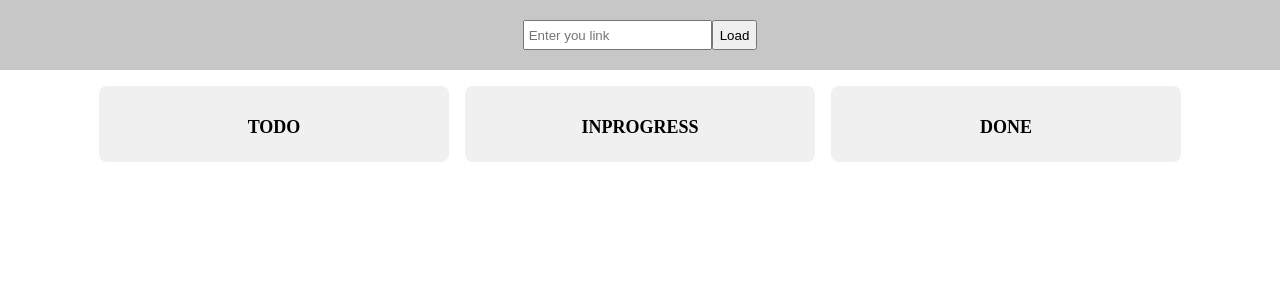
Repository: dVaselevsliy/kanban-test
Page: /
The author's editor kept a copy of each file at every save. The page is drawn from the files as they stood at one save, then again after the next save.
The browser window is 1280 px wide. The pictures show the whole page.
The project was rebuilt for these pictures with package versions that can differ from the ones it lists, and the page was loaded fresh each time. Also part of the build but not shown: vite.config.ts, src/helpers/timeAgo.js, src/components/Issue.tsx.

Above is the page before, as saved 2025-03-03 13:52:30.

### src/main.tsx
import { StrictMode } from 'react'
import { createRoot } from 'react-dom/client'
import App from './App.tsx'
import './styles/styles.scss'
import { Provider } from 'react-redux'
import { store } from './redux/store.ts'

createRoot(document.getElementById('root')!).render(
  <StrictMode>
    <Provider store={store}>
      <App />
    </Provider>
  </StrictMode>,
)

### src/App.tsx
import React, { useEffect, useState } from "react"
import KanbanBoard from "./components/KanbanBoard"
import { useAppDispatch, useAppSelector } from "./redux/hooks"
import { setIssues, setLink, setQuery} from "./array/dataArray"
import { getGitHubLink } from "./api"


function App() {
  const [error, setError] = useState('')
  const [loading, setLoading] = useState(false)

  const dispatch = useAppDispatch()
  const { query, link, issues } = useAppSelector(state => state.data)

  const submit = (query: string) => {
    dispatch(setLink(query))
  }

  const handleSubmit = (event: React.FormEvent) => {
    event.preventDefault();

    if (query.length === 0) {
      return
    }

    submit(query)

    reset()
  }

  const reset = () => {
    dispatch(setQuery(''))
    setError('')
  }

  useEffect(() => {
    if (!link) return

    setLoading(true)
    setError('')
  /*  check local storage for repo link if it has tasks already
      if has - take tasks from local storage
      if no - make a request
    */
    getGitHubLink(link)
      .then(issues => {
        dispatch(setIssues(issues))
      })
      .catch(() => setError('Failed to loud issues'))
      .finally(() => setLoading(false))
  }, [dispatch, link])

  return (
    <>
      <div>
        <form onSubmit={handleSubmit} className="form">
          <label htmlFor="query"></label>
          <input
            value={query}
            onChange={(event) => {
              dispatch(setQuery(event.target.value))
            }}
            className="input"
            placeholder="Enter you link"
            id="query"
            type="text" />

          <button
            color="default"
            type="submit"
            className="button"
          >
            Load
          </button>
          {error && error}
        </form>
        <KanbanBoard issues={issues} repoUrl={link} />
      </div>
    </>
  )
}

export default App

### src/styles/styles.scss
* {
  box-sizing: border-box;
}

body {
  margin: 0;
  padding: 0;
}

.form {
  display: flex;
  justify-content: center;
  padding-block: 20px;
  background-color: #c7c7c7;
}

.input {
  height: 30px;
  width: 100%;
  max-width: fit-content;
  padding: 4px;
}

.button {
  height: 30px;
}

.colums > div {
  flex: 1;
  display: flex;
  flex-direction: column;
}

.colums {
  display: flex;
  justify-content: center;
  align-items: stretch;
  gap: 20px;
  width: 100%;

  &__name {
    text-align: center;
  }

  &__container {
    background-color: #d1d2d7;
    margin: 20px;
    border: 1px solid;
    flex-grow: 1;
    display: flex;
    flex-direction: column;
    align-items: center;
  }
}

.issue {
  border: 1px solid black;
  display: flex;
  flex-direction: column;
  width: 100%;
  margin: auto;
  padding: 15px;
  margin: 20px 0;
  border-radius: 16px;
  background-color: white;
  cursor: grab;

  &__title {
    text-align: left;
    font-size: 14px;
    font-weight: 400;
    margin: 0;
    margin-block: 5px;
    font-weight: bold;
  }

  &__description {
    text-align: left;
    font-size: 14px;
    font-weight: 400;
    margin: 0;
    margin-block: 5px;
  }

  &__second-section {
    display: flex;
    align-items: baseline;
    gap: 5px;
  }

  &__id {
    margin: 0;
    font-size: 14px;
  }

  &__third-section {
    display: flex;
    gap: 10px;
    width: 100%;
  }

  &__link {
    margin: 0;
  }
}

.kanban-container {
  display: flex;
  justify-content: center;
  gap: 16px;
  padding: 16px;
}

.kanban-column {
  max-width: 350px;
  width: 33.3%;
  padding: 16px;
  background-color: #f0f0f0;
  border-radius: 8px;
}

.kanban-title {
  font-size: 18px;
  font-weight: bold;
  margin-bottom: 8px;
  text-align: center;
}

.kanban-task {
  padding: 8px;
  background-color: white;
  border-radius: 4px;
  box-shadow: 0 2px 4px rgba(0, 0, 0, 0.1);
  margin-bottom: 8px;
  cursor: pointer;
}

.kanban-task:active {
  opacity: 0.7;
}

.kanban-new-task {
  width: 33.3%;
  padding: 16px;
}

.kanban-input {
  width: 100%;
  padding: 8px;
  border: 1px solid #ccc;
  border-radius: 4px;
}

.kanban-button {
  width: 100%;
  margin-top: 8px;
  padding: 8px;
  background-color: #007bff;
  color: white;
  border: none;
  border-radius: 4px;
  cursor: pointer;
}

.kanban-button:hover {
  background-color: #0056b3;
}

### src/redux/store.ts
import { configureStore } from "@reduxjs/toolkit";
import dataReducer from "../../src/array/dataArray";

export const store = configureStore({
  reducer: {
    data: dataReducer,
  },
});

export type AppDispatch = typeof store.dispatch;
export type RootState = ReturnType<typeof store.getState>;

### src/components/KanbanBoard.tsx
import { useEffect, useState } from "react";
import Task from "./Issue";
import { IssueType } from "../type/IssueType";

const initialTasks = {
  todo: [],
  inProgress: [],
  done: [],
};

interface Props {
  issues: IssueType[],
  repoUrl: string
}

export default function KanbanBoard({ issues, repoUrl }: Props) {
  const [tasks, setTasks] = useState(initialTasks);
  const [draggedTask, setDraggedTask] = useState(null);
  const [draggedOverTask, setDraggedOverTask] = useState(null);

  useEffect(() => {
    const storedTasks = localStorage.getItem(`kanban-${repoUrl}`)
    if (storedTasks) {
      setTasks(JSON.parse(storedTasks))
    } else {
      const newTasks = {
        todo: issues.filter(issue => issue.state === 'open' && !issue.assignee),
        inProgress: issues.filter(issue => issue.state === 'open' && issue.assignee),
        done: issues.filter(issue => issue.state === 'closed')
      }
      setTasks(newTasks)
    }
  }, [issues, repoUrl])

  useEffect(() => {
    localStorage.setItem(`kanban-${repoUrl}`, JSON.stringify(tasks))
  }, [tasks, repoUrl])

  const handleDragStart = (task: IssueType, column: string) => {
    setDraggedTask({ task, column });
  };

  const handleDragOver = (task: IssueType) => {
    setDraggedOverTask(task);
  };

  const handleDrop = (column: string) => {
    if (!draggedTask) return;

    const { task, column: fromColumn } = draggedTask;

    if (fromColumn === column) {
      const updatedColumn = [...tasks[column]];
      const fromIndex = updatedColumn.indexOf(task);
      const toIndex = updatedColumn.indexOf(draggedOverTask);

      updatedColumn.splice(fromIndex, 1);
      updatedColumn.splice(toIndex, 0, task);

      setTasks({ ...tasks, [column]: updatedColumn });
      /* local storage */
    } else {
      const updatedFromColumn = tasks[fromColumn].filter((t) => t !== task);
      const updatedToColumn = [...tasks[column]];
      const toIndex = draggedOverTask ? updatedToColumn.indexOf(draggedOverTask) : updatedToColumn.length;

      updatedToColumn.splice(toIndex, 0, task);

      setTasks({
        ...tasks,
        [fromColumn]: updatedFromColumn,
        [column]: updatedToColumn,
      });
      /* local storage - tasks for each repo
        {
          repo1URl: [
          ...
          ],
          repo2URl: [
          ...
          ],
        }
      */
    }

    setDraggedTask(null);
    setDraggedOverTask(null);
  };

  const columns = ["todo", "inProgress", "done"];

  return <div className="kanban-container">
      {columns.map((col) => (
        <div
          key={col}
          className="kanban-column"
          onDragOver={(e) => e.preventDefault()}
          onDrop={() => handleDrop(col)}
        >
          <h2 className="kanban-title">{col.toUpperCase()}</h2>
          {tasks[col].map((task) => (
            <Task
              key={task.id}
              issue={task}
              col={col}
              handleDragStart={handleDragStart}
              handleDragOver={handleDragOver}
            />
          ))}
        </div>
      ))}
    </div>
}

### src/redux/hooks.ts
import { TypedUseSelectorHook, useDispatch, useSelector } from "react-redux";
import { AppDispatch } from "./store";
import { RootState } from "@reduxjs/toolkit/query";

export const useAppDispatch = () => useDispatch<AppDispatch>()
export const useAppSelector: TypedUseSelectorHook<RootState> = useSelector

### src/array/dataArray.ts
import { createSlice, PayloadAction } from "@reduxjs/toolkit"
import { IssueType } from "../type/IssueType"

type DataType = {
  query: string
  link: string
  issues: IssueType[]
}

const initialState: DataType = {
  query: '',
  link: '',
  issues: [],
}

const dataSlice = createSlice({
  name: 'data',
  initialState,
  reducers: {
    setQuery: (state, action: PayloadAction<string>) => {
      state.query = action.payload
    },
    setLink: (state, action: PayloadAction<string>) => {
      state.link = action.payload
    },
    setIssues: (state, action: PayloadAction<IssueType[]>) => {
      state.issues = action.payload
    }
  }
})

export default dataSlice.reducer
export const { setQuery, setLink, setIssues } = dataSlice.actions;

### src/api.ts
export function getGitHubLink(link: string) {
  try {
    const repoPath = new URL(link).pathname.replace(/^\//, "");
    const url = `https://api.github.com/repos/${repoPath}/issues`

    return fetch(url, {
      headers: {
        "Accept": "application/vnd.github.v3+json",
      },
    })
      .then(res => res.json())
      .catch(() => 'Link loading Error')
  } catch {
    return Promise.resolve({error: 'Invalid URL'})
  }
}

Loaded but not shown: index.html (common file)

After the next save:
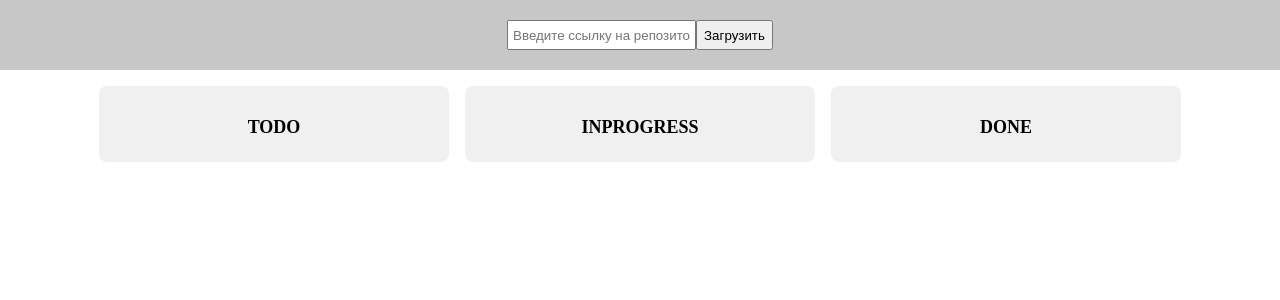
Saved 97 s later.
--- a/src/App.tsx
+++ b/src/App.tsx
@@ -1,83 +1,57 @@
-import React, { useEffect, useState } from "react"
-import KanbanBoard from "./components/KanbanBoard"
-import { useAppDispatch, useAppSelector } from "./redux/hooks"
-import { setIssues, setLink, setQuery} from "./array/dataArray"
-import { getGitHubLink } from "./api"
-
+import React, { useEffect, useState } from "react";
+import KanbanBoard from "./components/KanbanBoard";
+import { useAppDispatch, useAppSelector } from "./redux/hooks";
+import { setIssues, setLink } from "./array/dataArray";
+import { getGitHubLink } from "./api";
 
 function App() {
-  const [error, setError] = useState('')
-  const [loading, setLoading] = useState(false)
+  const [query, setQuery] = useState(""); // Локальный стейт для input
+  const [error, setError] = useState("");
+  const [loading, setLoading] = useState(false);
 
-  const dispatch = useAppDispatch()
-  const { query, link, issues } = useAppSelector(state => state.data)
-
-  const submit = (query: string) => {
-    dispatch(setLink(query))
-  }
+  const dispatch = useAppDispatch();
+  const { link, issues } = useAppSelector(state => state.data);
 
   const handleSubmit = (event: React.FormEvent) => {
     event.preventDefault();
+    if (!query.trim()) return;
 
-    if (query.length === 0) {
-      return
-    }
-
-    submit(query)
-
-    reset()
-  }
-
-  const reset = () => {
-    dispatch(setQuery(''))
-    setError('')
-  }
+    dispatch(setLink(query)); // Диспатчим ссылку в `store`
+    setQuery(""); // Очищаем input, но `link` в `store` уже обновился
+    setError("");
+  };
 
   useEffect(() => {
-    if (!link) return
+    if (!link) return;
 
-    setLoading(true)
-    setError('')
-  /*  check local storage for repo link if it has tasks already
-      if has - take tasks from local storage
-      if no - make a request
-    */
+    setLoading(true);
+    setError("");
+
     getGitHubLink(link)
-      .then(issues => {
-        dispatch(setIssues(issues))
-      })
-      .catch(() => setError('Failed to loud issues'))
-      .finally(() => setLoading(false))
-  }, [dispatch, link])
+      .then(issues => dispatch(setIssues(issues)))
+      .catch(() => setError("❌ Не удалось загрузить issues"))
+      .finally(() => setLoading(false));
+  }, [dispatch, link]);
 
   return (
-    <>
-      <div>
-        <form onSubmit={handleSubmit} className="form">
-          <label htmlFor="query"></label>
-          <input
-            value={query}
-            onChange={(event) => {
-              dispatch(setQuery(event.target.value))
-            }}
-            className="input"
-            placeholder="Enter you link"
-            id="query"
-            type="text" />
+    <div>
+      <form onSubmit={handleSubmit} className="form">
+        <input
+          value={query}
+          onChange={e => setQuery(e.target.value)}
+          className="input"
+          placeholder="Введите ссылку на репозиторий"
+          type="text"
+        />
+        <button type="submit" className="button">Загрузить</button>
+      </form>
 
-          <button
-            color="default"
-            type="submit"
-            className="button"
-          >
-            Load
-          </button>
-          {error && error}
-        </form>
-        <KanbanBoard issues={issues} repoUrl={link} />
-      </div>
-    </>
-  )
+      {error && <p className="error">{error}</p>}
+      {loading && <p>Загрузка...</p>}
+
+      <KanbanBoard issues={issues} repoUrl={link} />
+    </div>
+  );
 }
 
-export default App
+export default App;
